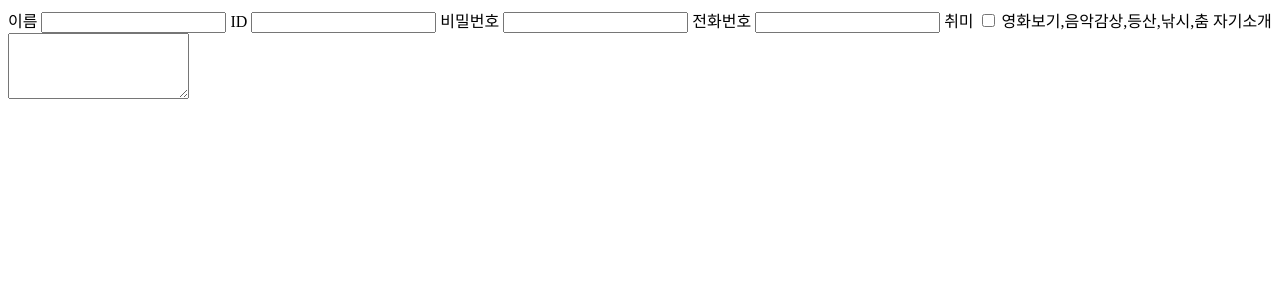
Repository: yuntaekOhO/SY_Academy_Study
Page: http://localhost/ch03-JSP/ch02-nestedObject/s05_registerForm.jsp
These files come from the project's save history. The page is drawn as it stood at one moment and after the next save; the edit follows.
The browser window is 1280 px wide. The pictures show the whole page.
The page is served by Tomcat 9.

Above is the page before, as saved 2022-06-24 06:44:07.

After the next save:
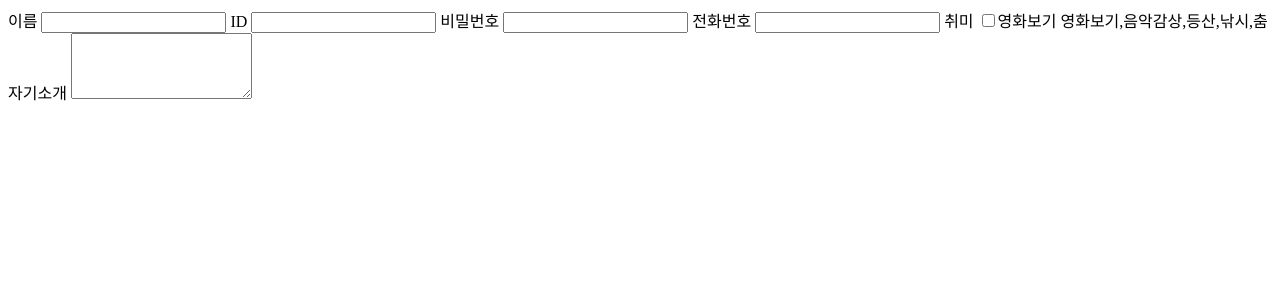
Saved 1 s later.
--- a/workspace_jsp/ch03-JSP/src/main/webapp/ch02-nestedObject/s05_registerForm.jsp
+++ b/workspace_jsp/ch03-JSP/src/main/webapp/ch02-nestedObject/s05_registerForm.jsp
@@ -12,7 +12,9 @@
 ID <input type="text" name="id">
 비밀번호 <input type="password" name="password">
 전화번호 <input type="text" name="phone">
-취미 <input type="checkbox" name="hobby"> 영화보기,음악감상,등산,낚시,춤
+취미
+<input type="checkbox" name="hobby" value="영화보기">영화보기 영화보기,음악감상,등산,낚시,춤
+
 자기소개 <textarea rows="4" cols="20" name="content"></textarea>
 </form>
 </body>
